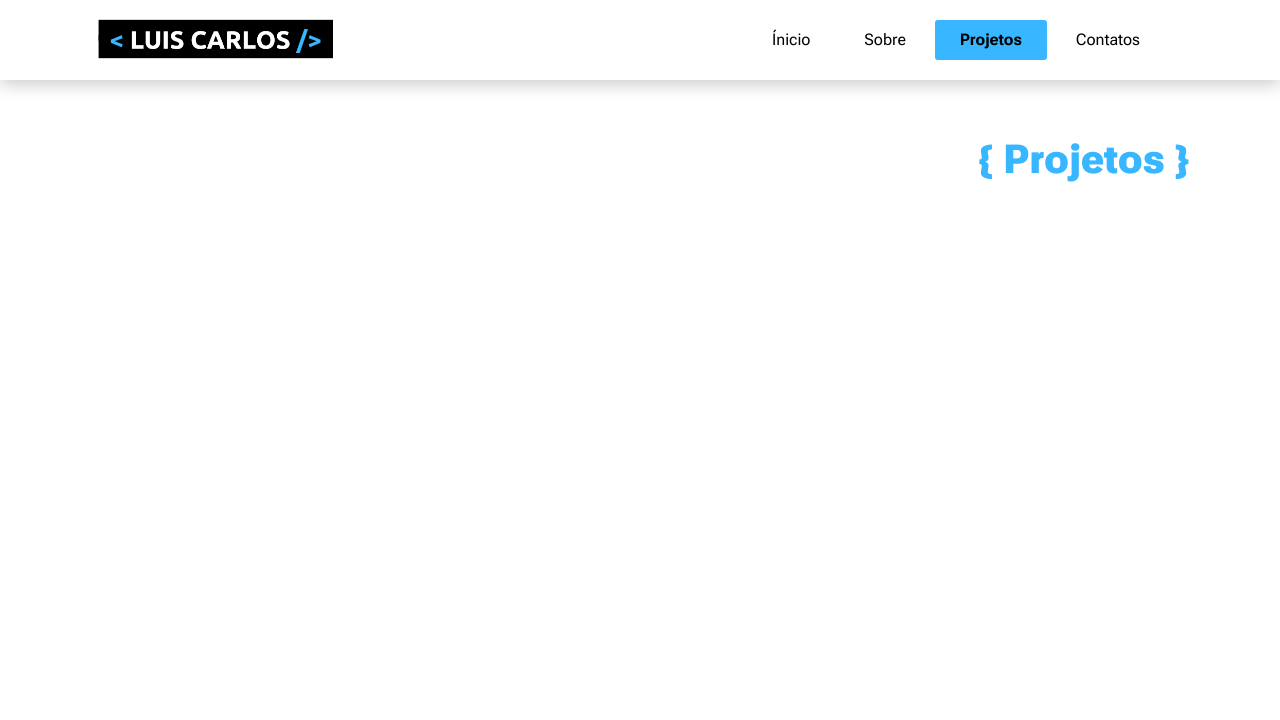
Repository: Iluiscarlos/SitePortifolio
Page: projects.html
These files come from the project's save history. The page is drawn as it stood at one moment and after the next save; the edit follows.
The browser window is 1280 px wide. The pictures show the whole page.
Some web libraries are served in a nearby version.

Above is the page before, as saved 2022-05-25 20:50:00.

After the next save:
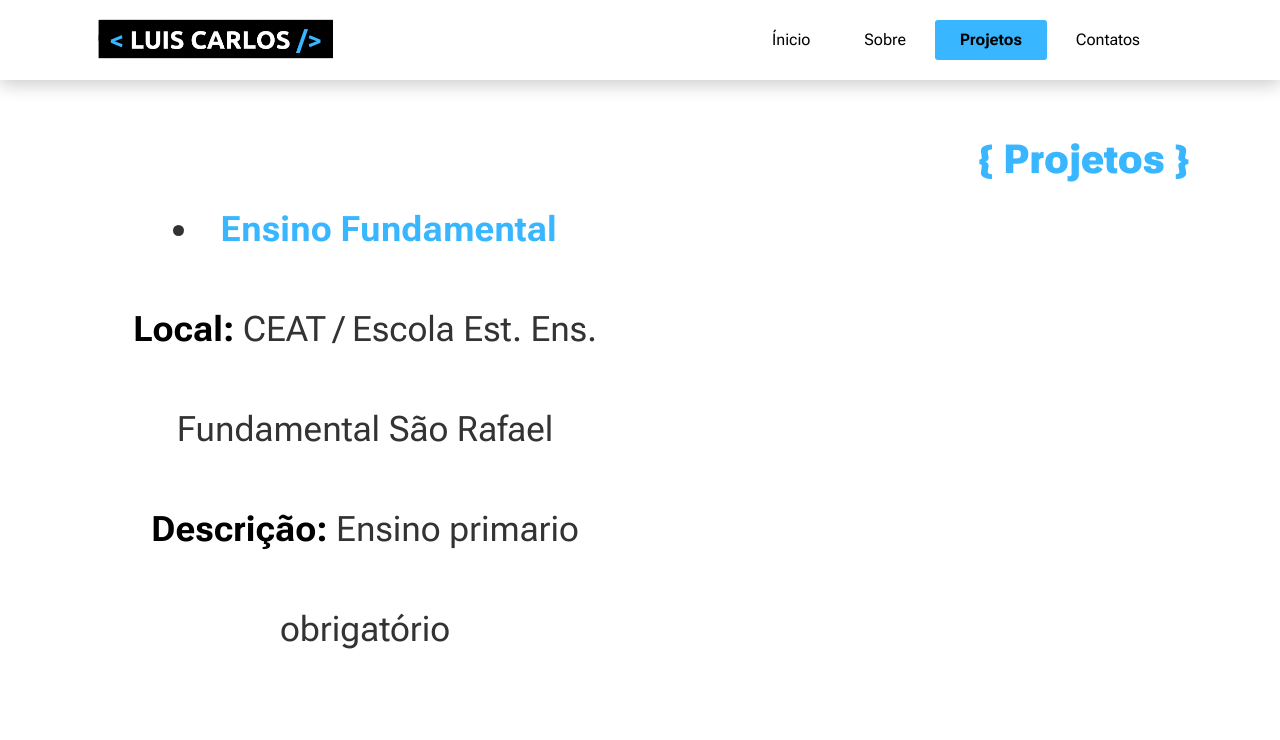
Saved 36 s later.
--- a/projects.html
+++ b/projects.html
@@ -11,6 +11,7 @@
     <link rel="stylesheet" href="Styles/base/base.css">
     <link rel="stylesheet" href="Styles/layout/header.css">
     <link rel="stylesheet" href="Styles/layout/about.css">
+    <link rel="stylesheet" href="Styles/layout/projects.css">
     <link rel="stylesheet" href="Styles/layout/footer.css">
     <link rel="stylesheet" href="Styles/components/icon.css">
     <script src="https://kit.fontawesome.com/2c48374459.js" crossorigin="anonymous"></script>
@@ -34,8 +35,13 @@
         </div>
     </header>
     <main class="container">
-    <section class="projects">
+    <section>
         <h1 class="about__tittle">{ Projetos }</h1>
+        <div class="projects__list">
+        <li><b class="bold__blue">Ensino Fundamental</b><br>
+            <b class="bold__black">Local:</b> CEAT / Escola Est. Ens. Fundamental São Rafael<br>
+            <b class="bold__black">Descrição:</b> Ensino primario obrigatório</li>
+        </div>
     </section>
 </main>
 </body>
